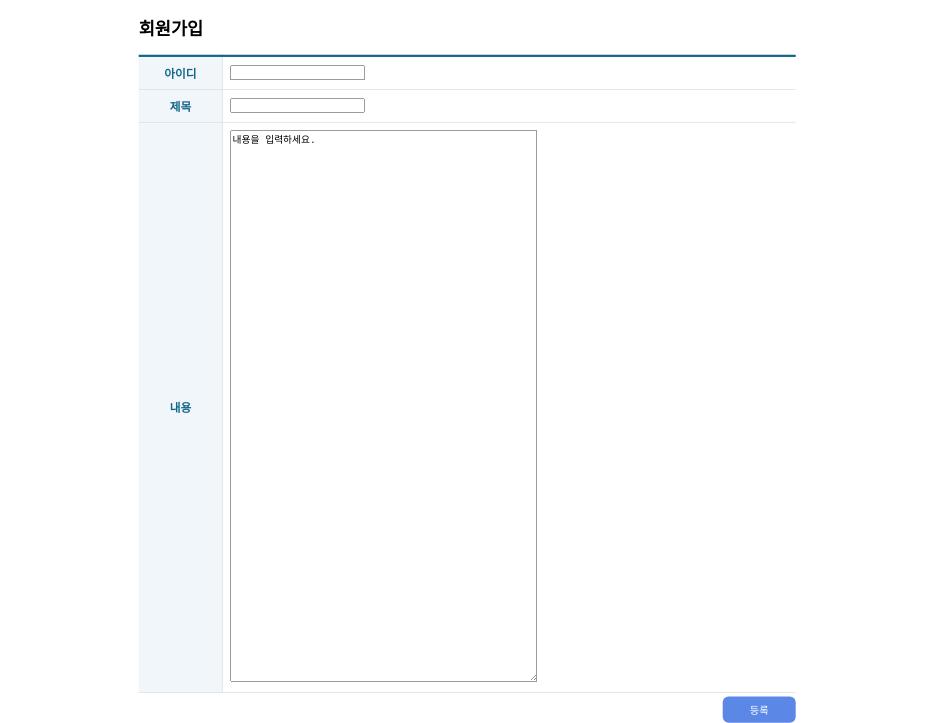
Repository: songhyeonjun/java
Page: http://localhost/group_project/create.jsp
These files come from the project's save history. The page is drawn as it stood at one moment and after the next save; the edit follows.
The browser window is 1280 px wide. The pictures show the whole page, at 73% of full size.
The page is served by Tomcat 9. Other server files are loaded and not shown.

Above is the page before, as saved 2022-02-15 01:11:21.
Console error: SyntaxError: Unexpected token '}'

### group_project/src/main/webapp/create.jsp
<%@ page language="java" contentType="text/html; charset=UTF-8"
    pageEncoding="UTF-8"%>
<%@ taglib prefix="c" uri="http://java.sun.com/jsp/jstl/core" %>
<%@ taglib prefix="fmt" uri="http://java.sun.com/jsp/jstl/fmt" %>
<c:set var="contextPath" value="${pageContext.request.contextPath}"/>

<!DOCTYPE html>
<html>
<head>
<meta charset="UTF-8">
<title>회원가입</title>
<link rel="stylesheet" type="text/css" href="${contextPath}/css/style.css"/>
<script src="https://code.jquery.com/jquery-2.2.4.min.js" integrity="sha256-BbhdlvQf/xTY9gja0Dq3HiwQF8LaCRTXxZKRutelT44=" crossorigin="anonymous"></script>
<script>
// 초기화
	$(function() {


		$("#btn_save").click(function() {
			if($("#id").val() == '') {
				alert("아이디을 입력해주세요.");
				$("#id").focus();
				return;
			}
			if($("#title").val() == '') {
				alert("제목을 입력해주세요.");
				$("#title").focus();
				return;
			}
			if($("#context").val() == '') {
				alert("내용 확인을 입력해주세요.");
				$("#context").focus();
				return;
			}
			$('#frmBoard').submit();
		});

		/*
			$("#btn_idcheck").click(function() {
			// jquery Ajax
			if($('#m_id').val() == '') {
				alert('아이디를 입력해주세요.');
				return;
			}


			$.ajax({
				url : '${contextPath}/idCheck',
				data: {'check_id':$('#m_id').val()},
				method:'get',
				beforeSend : function(){
		           //URL 전송전에 작업할 내용
		           // console.log('beforeSend');
		        },
		        success:function(data) {
		        	console.log("data:"+data);
		        	//성공적으로 URL 전송하고 난 내용
		        	if(data == "false") {
		        		if(confirm("아이디를 사용하시겠습니까?")) {
		        			$('idcheck').val('1');
		        			$('#m_id').attr('readonly', true);
		        			}
		        	}
		        		else {
		        			alert("아이디를 사용할 수 없습니다.")
		        		}
		        	},
		        	error : function() {

		        	},
		        	complete: function() {

		        	}
			});
			*/
		});
	});
</script>
</head>
<body>
<div class="container">
	<div class="section">
	<h2>회원가입</h2>
<table class="bluetop">
			<form action="" method="post" id="frmBoard">
			<input type="hidden" name="idcheck" id="idcheck" value="0"/>

				<tr>
					<th>아이디</th>
						<td>
						<input type="text" name="id" id="id">
					</td>
				</tr>

				<tr>
				<th>제목</th>
				<td><input type="text" name="title" id="title"></td>
				</tr>

				<tr>
				<th>내용</th>
				<td><textarea name="context" id="context" rows="50" cols="50">내용을 입력하세요.</textarea></td>
				</tr>


				</form>
			</table>
			<div class="btns">
				<button type="button" class="btn_style_submit" id="btn_save">등록</button>
			</div>
		</div>
	</div>

</body>
</html>

### group_project/src/main/webapp/css/style.css
@charset "UTF-8";

.container {width:100%;}

.section {
	width:900px;
	margin:0 auto;
}

.bluetop {
	border-collapse: collapse;
	border-top: 3px solid #168;
	width:100%;
}
.bluetop th {
  color: #168;
  background: #f0f6f9;
}
.bluetop th, .bluetop td {
  padding: 10px;
  border: 1px solid #ddd;
}
.bluetop th:first-child, .bluetop td:first-child {
  border-left: 0;
}
.bluetop th:last-child, .bluetop td:last-child {
  border-right: 0;
}

button {cursor:pointer;}
/*button*/
.btns {float:right;padding-top:5px;}
.btn_style_submit{width:100px; border:0; border-radius:8px; background:#5B88E7; color:#fff; height:36px; font-size:14px; display:inline-block; text-align:center; line-height:36px;}
.btn_style_cancel{width:100px; border:0; border-radius:8px; background:#000; color:#fff; height:36px; font-size:14px; display:inline-block; text-align:center; line-height:36px;}
.btn_style_edit{width:100px; border:0; border-radius:8px; background:#0BB5C2; color:#fff; height:36px; font-size:14px; display:inline-block; text-align:center; line-height:36px;}
.btn_style_delete{width:100px; border:0; border-radius:8px; background:#000; color:#fff; height:36px; font-size:14px; display:inline-block; text-align:center; line-height:36px;}

After the next save:
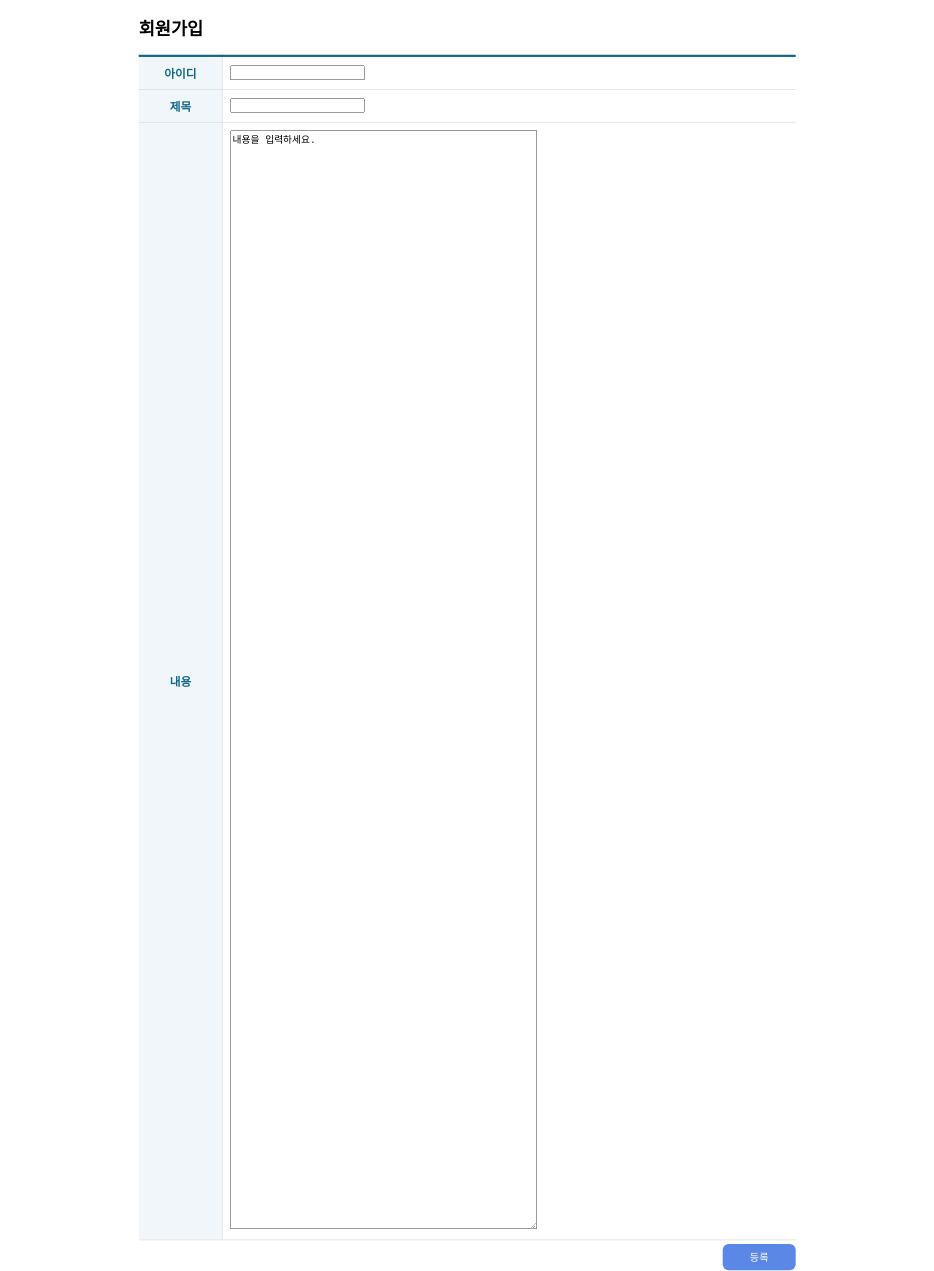
Saved 41 s later.
--- a/group_project/src/main/webapp/create.jsp
+++ b/group_project/src/main/webapp/create.jsp
@@ -99,7 +99,7 @@
 
 				<tr>
 				<th>내용</th>
-				<td><textarea name="context" id="context" rows="50" cols="50">내용을 입력하세요.</textarea></td>
+				<td><textarea name="context" id="context" rows="100" cols="50">내용을 입력하세요.</textarea></td>
 				</tr>
 
 
